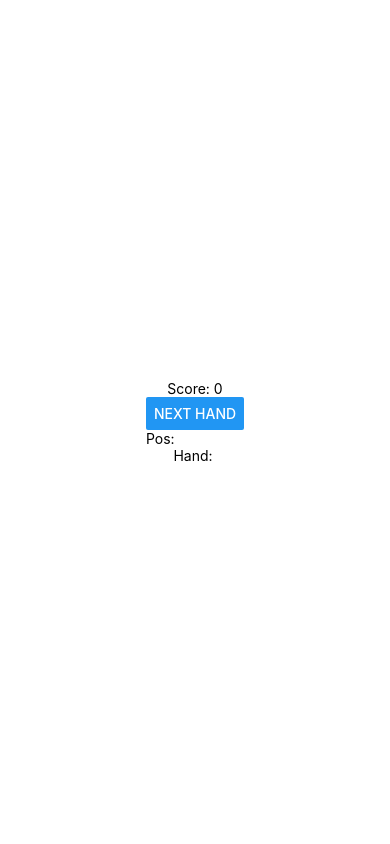
Repository: Nicholas-Kyle/RangeTrainer
Screen: /
The author's editor kept a copy of each file at every save. The screen is drawn from the files as they stood at one save, then again after the next save.
The app was drawn by React Native's web renderer in a window 390 px wide. The project was rebuilt for these pictures with package versions that can differ from the ones it lists, and the page was loaded fresh each time. Also part of the build but not shown: RangeTrainer/ACTIONS.js, RangeTrainer/ActionButtonGroup.js.

Above is the screen before, as saved 2018-03-19 15:32:05.

### App.js
import React from "react";
import { StyleSheet, Text, View } from "react-native";
import RangeTrainer from "./RangeTrainer/RangeTrainer";

export default class App extends React.Component {
  render() {
    return <RangeTrainer />;
  }
}

const styles = StyleSheet.create({
  container: {
    flex: 1,
    backgroundColor: "#fff",
    alignItems: "center",
    justifyContent: "center"
  }
});

### RangeTrainer/RangeTrainer.js
import React, { Component } from "react";
import { StyleSheet, Text, View, Button } from "react-native";
import Scoreboard from "./Scoreboard";
import ActionButtonGroup from "./ActionButtonGroup";

const POSITIONS = ["EP", "MP", "HJ", "CO", "BTN"];
const groupOne = ["AA", "KK", "QQ", "JJ"];
const groupTwo = ["AKs", "AKo"];
const groupThree = ["AQs"];
const groupfour = ["TT", "99", "88"];
const groupfive = ["AJs", "AQo"];
const groupSix = ["ATs", "KQs", "AJo"];
const groupSeven = ["ATo", "KQo"];
const groupEight = ["77", "66", "55", "44", "33", "22"];
const groupNine = ["KJs", "KTs", "QJs"];
const groupTen = ["JTs", "T9s", "98s", "87s", "76s", "65s", "54s"];
const groupEleven = ["QTs", "J9s", "108s", "97s", "86s", "75s", "64s", "53s"];
const groupTwlegth = ["Q9s", "J8s", "107s", "96s", "85s", "74s", "63s", "52s"];
const groupThirteen = ["JTo", "T9o", "98o", "87o", "76o", "65o", "54o"];

const positionWithGroups = {
  [POSITIONS[0]]: {
    raiseDefend: [...groupOne, ...groupTwo, ...groupThree],
    raiseFold: [...groupfour, ...groupfive, ...groupSix],
    limp: [...groupSeven]
  },
  [POSITIONS[1]]: {
    raiseDefend: [...groupOne, ...groupTwo, ...groupThree],
    raiseFold: [...groupfour, ...groupfive, ...groupSix, ...groupSeven],
    limp: [...groupEight]
  },
  [POSITIONS[2]]: {
    raiseDefend: [
      ...groupOne,
      ...groupTwo,
      ...groupThree,
      ...groupfour,
      ...groupfive
    ],
    raiseFold: [...groupSix, ...groupSeven, ...groupEight],
    limp: [...groupNine, ...groupTen]
  },
  [POSITIONS[3]]: {
    raiseDefend: [
      ...groupOne,
      ...groupTwo,
      ...groupThree,
      ...groupfour,
      ...groupfive,
      ...groupSix
    ],
    raiseFold: [...groupSeven, ...groupEight, ...groupNine],
    limp: [...groupTen, ...groupEleven, ...groupTwlegth]
  },
  [POSITIONS[4]]: {
    raiseDefend: [
      ...groupOne,
      ...groupTwo,
      ...groupThree,
      ...groupfour,
      ...groupfive,
      ...groupSix
    ],
    raiseFold: [...groupSeven, ...groupEight, ...groupNine, ...groupTen],
    limp: [...groupEleven, ...groupTwlegth, ...groupThirteen]
  }
};

class RangeTrainer extends Component {
  constructor(props) {
    super(props);
    this.state = { score: 0, wrongHands: [] };
    this.newHand = this.newHand.bind(this);
    this.checkAction = this.checkAction.bind(this);
  }

  getRandomPosition() {
    return POSITIONS[Math.floor(Math.random() * POSITIONS.length)];
  }

  getRandomHand() {
    let ranks = [
      "A",
      "K",
      "Q",
      "J",
      "T",
      "9",
      "8",
      "7",
      "6",
      "5",
      "4",
      "3",
      "2"
    ];
    let randomIndexOne = Math.floor(Math.random() * ranks.length);
    let randomIndexTwo = Math.floor(Math.random() * ranks.length);
    let cardOne;
    let cardTwo;
    if (randomIndexOne < randomIndexTwo) {
      cardOne = ranks[randomIndexOne];
      cardTwo = ranks[randomIndexTwo];
    } else {
      cardOne = ranks[randomIndexTwo];
      cardTwo = ranks[randomIndexOne];
    }

    let randomNumberBetweenOneAndFour = Math.floor(Math.random() * 4) + 1;

    let suited = "";
    if (cardOne !== cardTwo) {
      if (randomNumberBetweenOneAndFour === 4) {
        suited = "s";
      } else {
        suited = "o";
      }
    }

    return `${cardOne}${cardTwo}${suited}`;
  }

  newHand() {
    this.setState({
      position: this.getRandomPosition(),
      hand: this.getRandomHand(),
      action: null
    });
  }

  findCorrectActionForHandInPosition(hand, position) {
    const positionGroups = positionWithGroups[position];
    if (positionGroups.raiseDefend.includes(hand)) {
      return "raiseDefend";
    }
    if (positionGroups.raiseFold.includes(hand)) {
      return "raiseFold";
    }
    if (positionGroups.limp.includes(hand)) {
      return "limp";
    }

    return "fold";
  }

  checkAction(playerAction) {
    const { hand, position } = this.state;

    const correctAction = this.findCorrectActionForHandInPosition(
      hand,
      position
    );
    const handSuccess = playerAction === correctAction;

    const correctActionMessage = handSuccess
      ? ""
      : `Correct action is ${correctAction}. For Hand ${hand} and position ${position}`;

    const extraScore = handSuccess ? 10 : -10;

    this.setState(
      ({ score: oldScore, wrongHands }) => ({
        score: oldScore + extraScore,
        handSuccess,
        action: playerAction,
        correctActionMessage,
        wrongHands: wrongHands.concat(correctActionMessage)
      }),
      this.newHand()
    );
  }

  render() {
    const {
      position,
      hand,
      handSuccess,
      action,
      score,
      correctActionMessage,
      wrongHands
    } = this.state;
    return (
      <View style={styles.container}>
        <Scoreboard score={score} />
        <View>
          <Button title="Next hand" onPress={this.newHand} />
          <Text>Pos: {position}</Text>
        </View>
        <View>
          <Text>Hand: {hand}</Text>
        </View>
        {!!hand && <ActionButtonGroup onAction={this.checkAction} />}
        {/* {!!action && (
          <View>
            {!!action &&
              handSuccess && (
                <Text style={{ backgroundColor: "green" }}>Correct action</Text>
              )}

            {!handSuccess && (
              <Text style={{ backgroundColor: "red" }}>Wrong action</Text>
            )}
          </View>
        )}

        {!!wrongHands && (
          <View> {wrongHands.map(wrongHand => <Text>{wrongHand}</Text>)}</View>
        )} */}
      </View>
    );
  }
}

export default RangeTrainer;

const styles = StyleSheet.create({
  container: {
    flex: 1,
    backgroundColor: "#fff",
    alignItems: "center",
    justifyContent: "center"
  }
});

### RangeTrainer/Scoreboard.js
import React from "react";
import { StyleSheet, Text, View } from "react-native";

const Scoreboard = ({ score }) => (
  <View>
    <Text>Score: {score}</Text>
  </View>
);

export default Scoreboard;

After the next save:
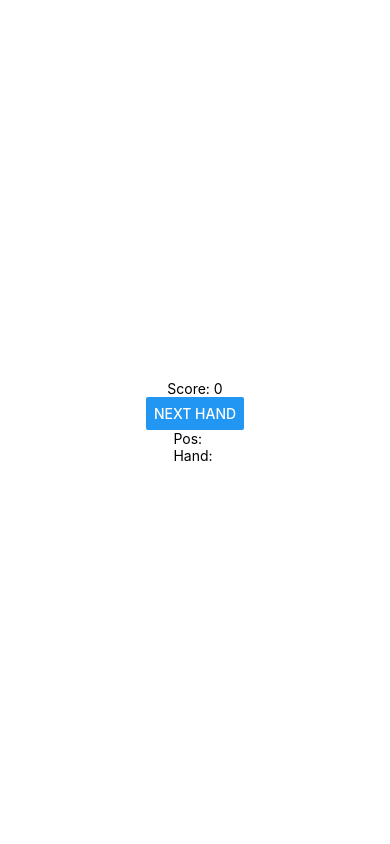
Saved 48 s later.
--- a/RangeTrainer/RangeTrainer.js
+++ b/RangeTrainer/RangeTrainer.js
@@ -185,9 +185,9 @@ class RangeTrainer extends Component {
         <Scoreboard score={score} />
         <View>
           <Button title="Next hand" onPress={this.newHand} />
-          <Text>Pos: {position}</Text>
         </View>
         <View>
+          <Text>Pos: {position}</Text>
           <Text>Hand: {hand}</Text>
         </View>
         {!!hand && <ActionButtonGroup onAction={this.checkAction} />}
